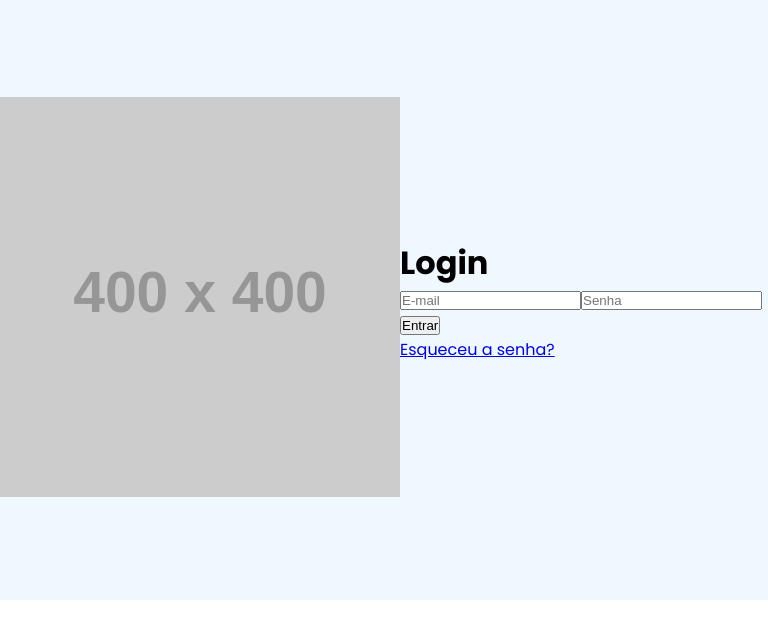
Repository: CCG-web/beeweb
Page: /login
An editor plug-in stored every save of this project. The page is shown before and after the next save, followed by the edit.
The browser window is 768 px wide. The pictures show the whole page.
The project was rebuilt for these pictures with package versions that can differ from the ones it lists, and the page was loaded fresh each time. Also part of the build but not shown: src/components/Home.css, src/components/Home.jsx, src/components/Sobre.css, src/components/Sobre.jsx, src/components/Cards.css, src/components/Cards.jsx, src/components/Team.css, src/components/Team.jsx and 5 more.

Above is the page before, as saved 2023-05-09 23:17:14.

After the next save:
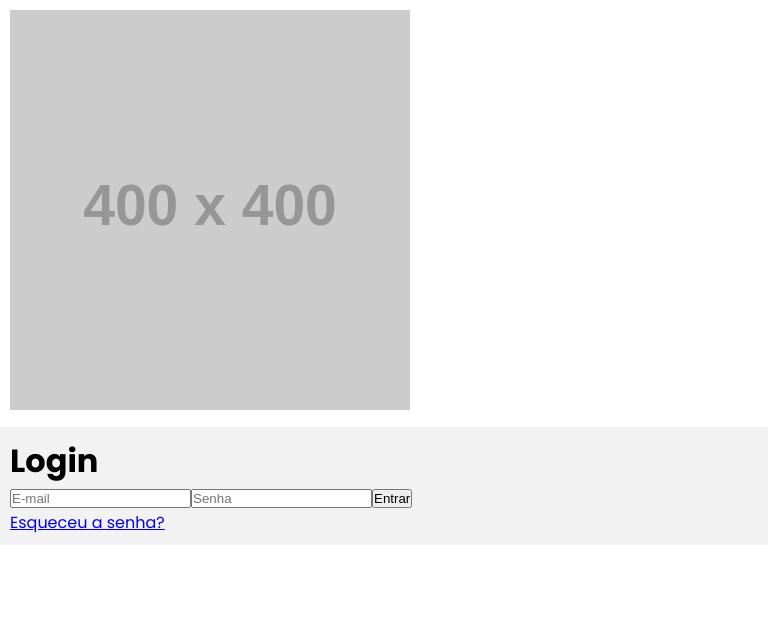
Saved 5 min 17 s later.
--- a/src/routes/Login.css
+++ b/src/routes/Login.css
@@ -1,8 +1,94 @@
-.row{
-    width: 100%;
-    height: 600px;
-display: flex;
-justify-content: center;
-align-items: center;
-background-color: aliceblue;
-}
+.row::after {
+    content: "";
+    clear: both;
+    display: table;
+  }
+
+  .col {
+    float: left;
+    width: 50%;
+    padding: 20px;
+  }
+
+  .center-image {
+    display: block;
+    margin: 0 auto;
+    max-width: 100%;
+    height: auto;
+  }
+
+  .col:last-child {
+    background-color: #F2F2F2;
+  }
+
+  .login {
+    font-size: 36px;
+    font-weight: bold;
+    margin-bottom: 20px;
+  }
+
+  .email,
+  .password {
+    display: block;
+    width: 352px;
+    height: 72px;
+    margin-bottom: 20px;
+    padding: 10px;
+    font-size: 24px;
+    border: 2px solid #ccc;
+    border-radius: 5px;
+    background-color: #fff;
+    color: #333;
+  }
+
+  .submit {
+    display: block;
+    width: 352px;
+    height: 56px;
+    margin-bottom: 20px;
+    background-color: #FFAD26;
+    border: none;
+    border-radius: 5px;
+    font-size: 24px;
+    font-weight: bold;
+    color: #fff;
+    cursor: pointer;
+  }
+
+  .forgot {
+    color: #333;
+    text-decoration: none;
+    font-size: 24px;
+    font-weight: bold;
+    display: block;
+    margin-top: 20px;
+  }
+
+  .forgot:hover {
+    text-decoration: underline;
+  }
+
+  @media screen and (max-width: 768px) {
+    .col {
+      width: 100%;
+      padding: 10px;
+    }
+
+    .email,
+    .password,
+    .submit {
+      width: 100%;
+      height: 50px;
+      font-size: 18px;
+    }
+
+    .login {
+      font-size: 28px;
+      margin-bottom: 10px;
+    }
+
+    .forgot {
+      font-size: 18px;
+      margin-top: 10px;
+    }
+  }
